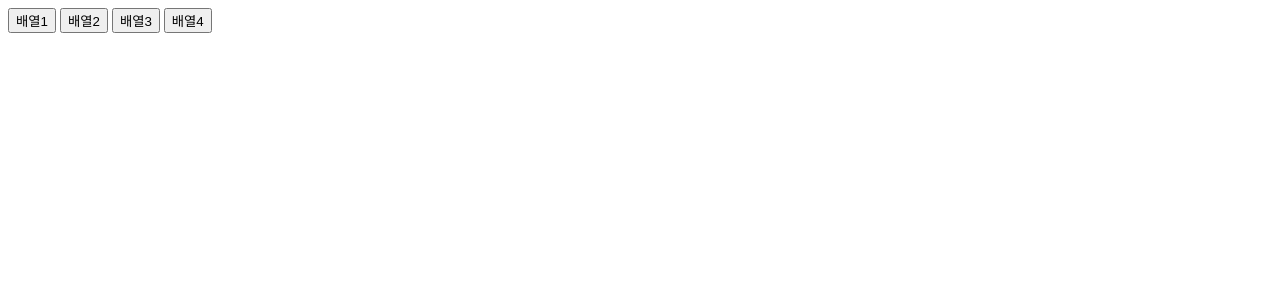
Repository: baeyoomi/version
Page: web/src/main/webapp/array1.html
The author's editor kept a copy of each file at every save. The page is drawn from the files as they stood at one save, then again after the next save.
The browser window is 1280 px wide. The pictures show the whole page.

Above is the page before, as saved 2023-08-09 03:00:40.

### web/src/main/webapp/array1.html
<!DOCTYPE html>
<html>
<head>
<meta charset="UTF-8">
<title>배열구조 생성법 및 콘솔출력 1</title>
</head>
<body>
<input type="button" value="배열1" onclick="aaa()">
<input type="button" value="배열2" onclick="bbb()">
<input type="button" value="배열3" onclick="ccc()">
<input type="button" value="배열4" onclick="ddd()"> <!--가장 많이 쓰임, 중요함-->

<div id="box"></div>
</body>
<script>
	var html = document.getElementById("box");
	function aaa(){
		// 첫번째 방식 : {} 배열 구조는 대표키가 있으며, 단 대표키는 중복되어서는 안된다.
		var data = {
			"myinfo1":["홍길동","25","hong@nate.com"],
			"myinfo2":["김유신","30","kim@nate.com"]
		}
		console.log(data);
	}

	function bbb(){
		// 두번째 방식 : 대표키(Table명), 대표키 안에 각각의 파트별로 보조키(컬럼명)을 이용하여 배열을 설계하는 방식
		var data = {
			"myinfo":[
			{
				"id" : "hong",
				"name" : "홍길동",
				"age" : "25"
			},
			{
				"id" : "kim",
				"name" :"김유신",
				"age" : "30"
			}
			]
		}
		console.log(data);
	}

	function ccc(){
		//세번째 방식 : 대표키(Table명)이며, 그 외에 2차배열 형태로 데이터값을 순서대로 나열하여 출력하는 배열형태
		var data = {
			"myinfo":[
				["hong","25","hong@nate.com"],
				["kim","30","kim@nate.com"]
			]
		}
		console.log(data);
	}

	function ddd(){

		var data = {
			"myinfo" : [
				{"id":"hong","name":"홍길동","age":"25",
				"log_history":[    //복합키
					{"last_day":"2023-08-09"}
				]
				},
				{"id":"kim","name":"김유신","age":"30",
				"log_history":[
					{"last_day":""}   //접속으로 아직 안했다
				]
				}
			]
		}
		console.log(data);
	}
</script>
</html>

After the next save:
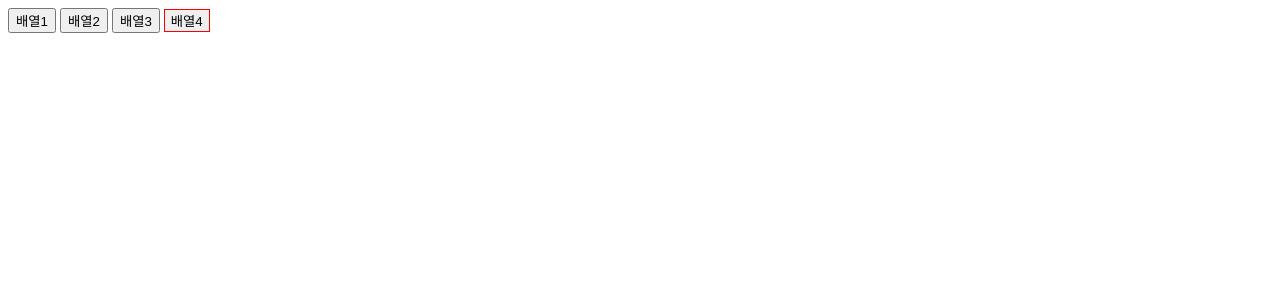
Saved 33 s later.
--- a/web/src/main/webapp/array1.html
+++ b/web/src/main/webapp/array1.html
@@ -8,7 +8,7 @@
 <input type="button" value="배열1" onclick="aaa()">
 <input type="button" value="배열2" onclick="bbb()">
 <input type="button" value="배열3" onclick="ccc()">
-<input type="button" value="배열4" onclick="ddd()"> <!--가장 많이 쓰임, 중요함-->
+<input type="button" value="배열4" onclick="ddd()" style="border: 1px solid red"> <!--가장 많이 쓰임, 중요함 (join)-->
 
 <div id="box"></div>
 </body>
